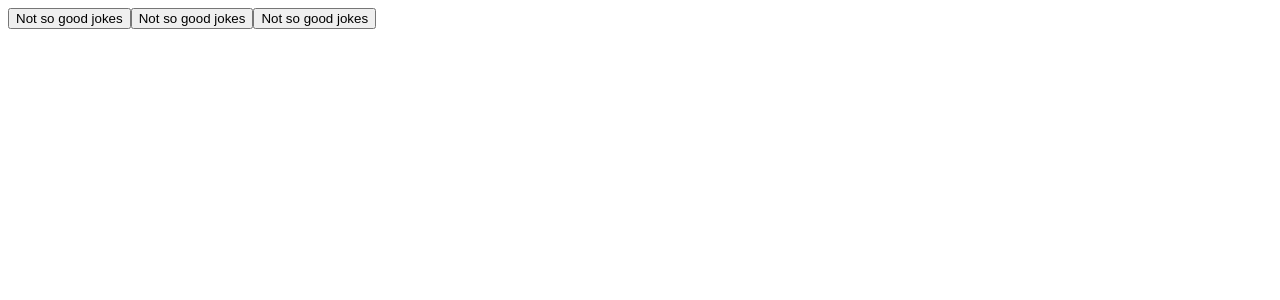
Repository: SerbanLuca/ChuckNorrisJokes-app
Page: /
These files come from the project's save history. The page is drawn as it stood at one moment and after the next save; the edit follows.
The browser window is 1280 px wide. The pictures show the whole page.
The project was rebuilt for these pictures with package versions that can differ from the ones it lists, and the page was loaded fresh each time. Also part of the build but not shown: src/App.css, src/Button.js.

Above is the page before, as saved 2021-04-07 11:22:23.

After the next save:
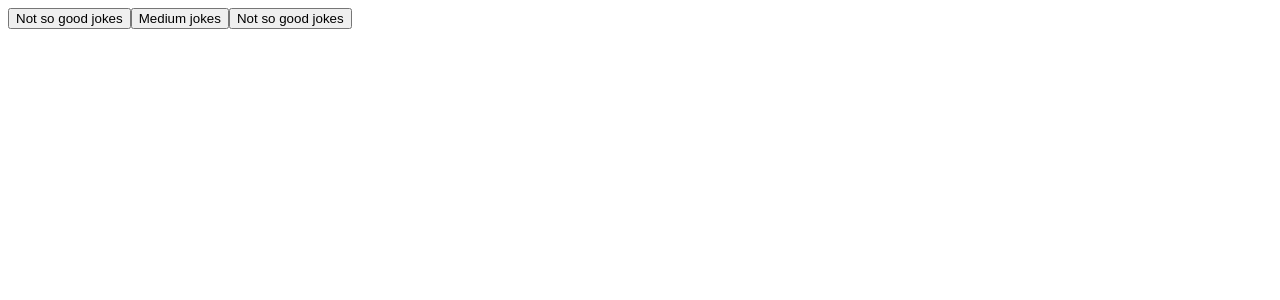
Saved 7 s later.
--- a/src/App.js
+++ b/src/App.js
@@ -21,7 +21,7 @@ function App() {
   return (
     <>
       <button clasName="easy">Not so good jokes</button>
-      <button clasName="medium">Not so good jokes</button>
+      <button clasName="medium">Medium jokes</button>
       <button clasName="hard">Not so good jokes</button>
 
     </>
